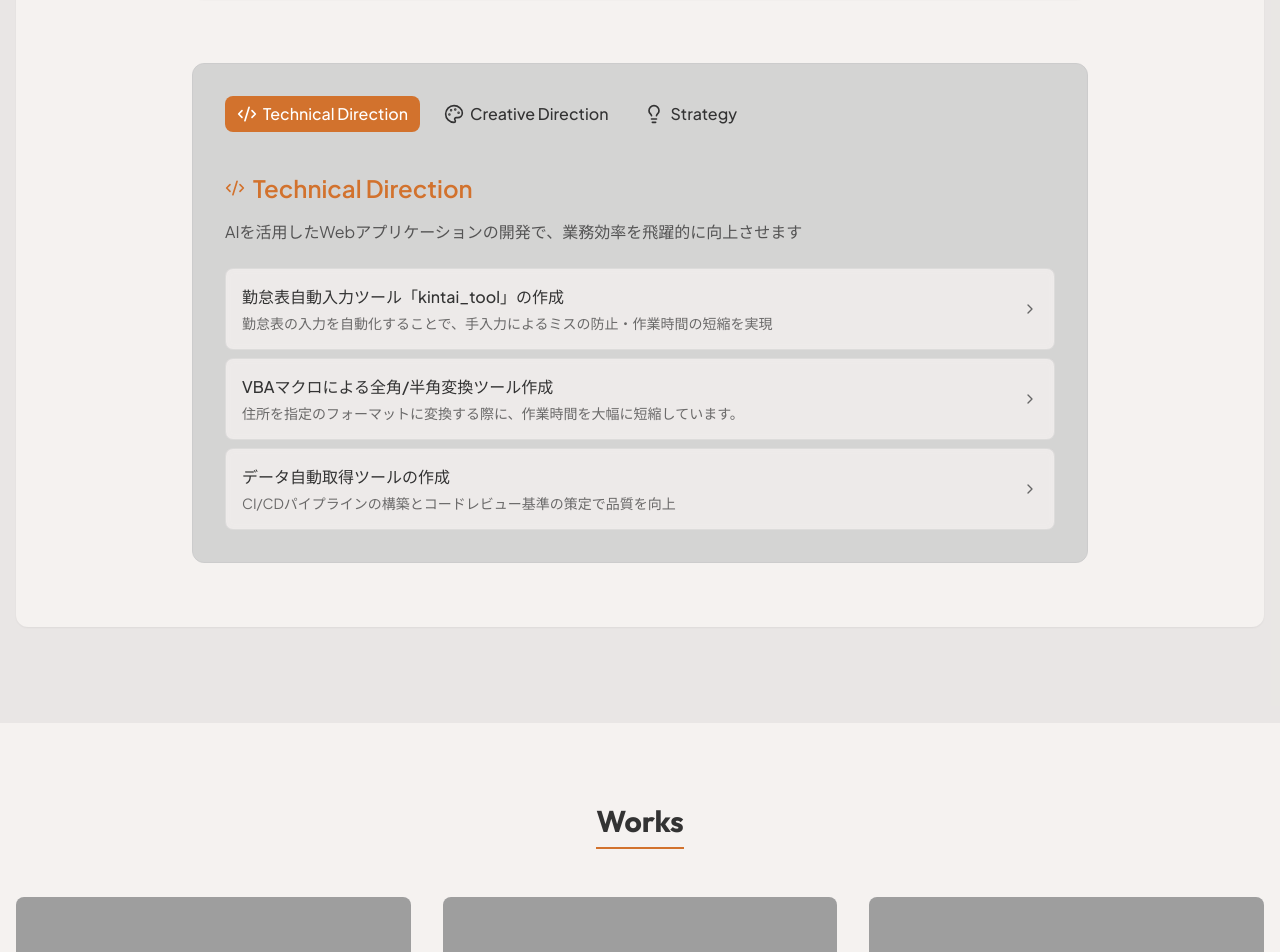
Repository: Tomo0108/portfolio_dot_tomo
Page: /
An editor plug-in stored every save of this project. The page is shown before and after the next save, followed by the edit.
The browser window is 1280 px wide. The pictures show the part of the page from y = 1327 to 2279 px (the page is 3996 px tall).
Pictures or frames that could not be fetched are drawn as grey boxes. The page's requests for data from a server got no answer. The project was rebuilt for these pictures with package versions that can differ from the ones it lists, and the page was loaded fresh each time. The framework's server and built-in components were replaced by stand-ins that run in the browser. No one was signed in, and anything a server would have sent is missing. Also part of the build but not shown: next.config.js, components/loading-spinner.tsx.

Above is the page before, as saved 2025-03-23 16:39:11.

After the next save:
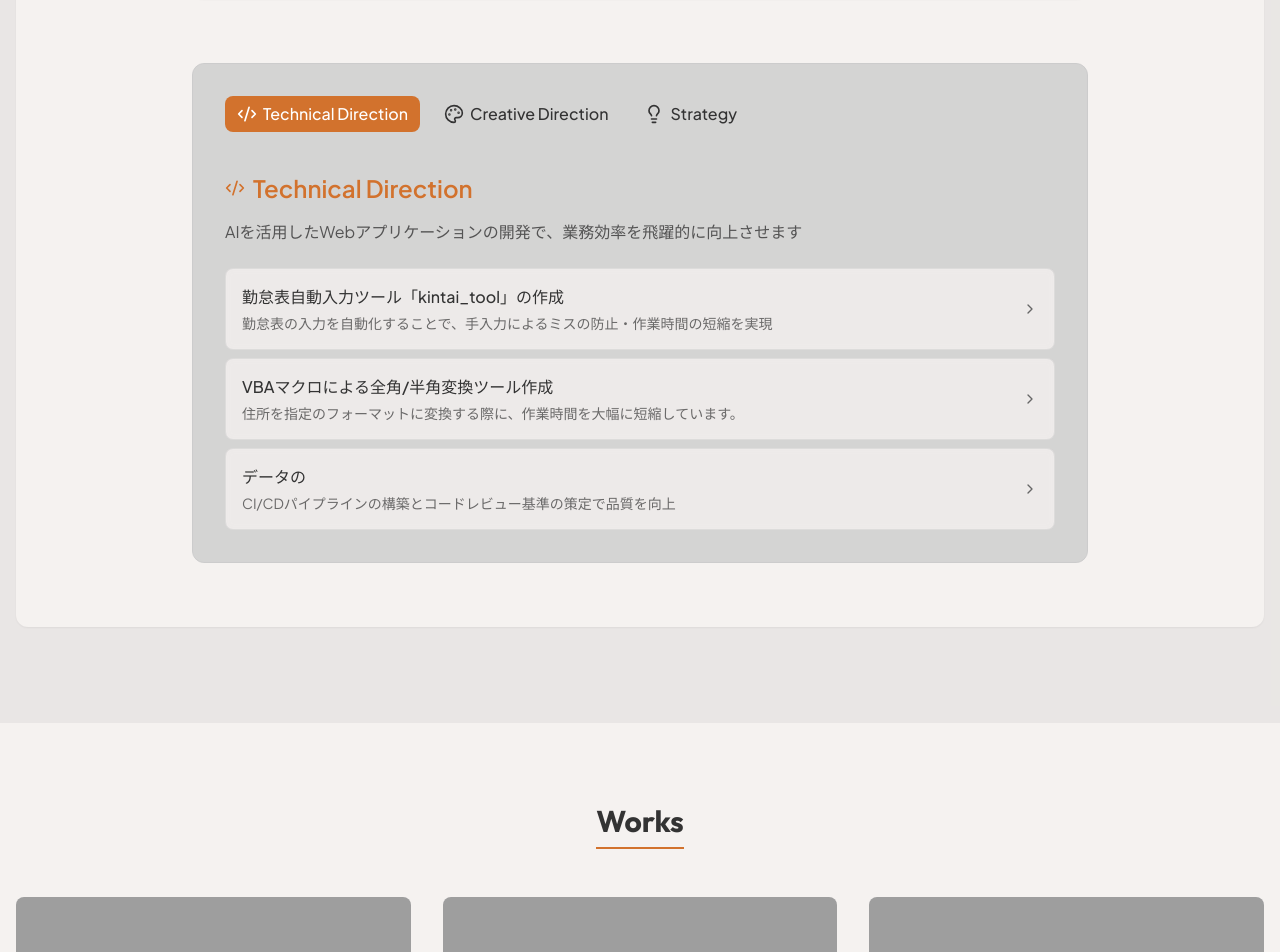
Saved 77 s later.
--- a/data/skills.ts
+++ b/data/skills.ts
@@ -35,7 +35,7 @@ export const skills: Skill[] = [
       },
       {
         id: "tech-3",
-        title: "データ自動取得ツールの作成",
+        title: "データの",
         description: "CI/CDパイプラインの構築とコードレビュー基準の策定で品質を向上",
         longDescription: "詳細な技術仕様や成果についての詳細な説明をここに記載します。"
       }
